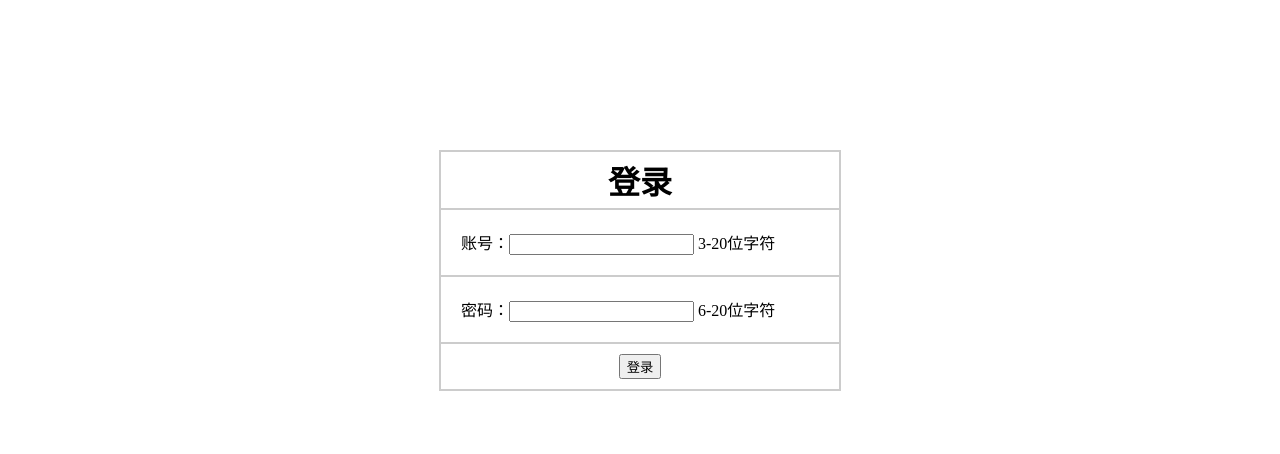
Repository: MasterKweng/workspace
Page: WebBasic/WebContent/day03 js/loginandout.html
These files come from the project's save history. The page is drawn as it stood at one moment and after the next save; the edit follows.
The browser window is 1280 px wide. The pictures show the whole page.

Above is the page before, as saved 2018-01-10 03:55:22.

### WebBasic/WebContent/day03 js/loginandout.html
<!doctype html>
<html>
	<head>
		<title>登录</title>
		<meta charset="utf-8"/>
		<style>
			form{
				width:400px;
				margin:150px auto;
				border:1px solid #ccc;
			}
			form h1 {
				text-align:center;
				margin:0;
				padding:5px;
				border:1px solid #ccc;
			}
			form p{
				margin:0;
				padding:20px;
				border:1px solid #ccc;
			}
			form div{
				text-align:center;
				margin:0;
				padding:10px;
				border:1px solid #ccc;
			}
			.error_msg{
				border:ipx solid red;
				color:red;
			}
		</style>
		<script type="text/javascript">
			function check_name(){

			}
		</script>
	</head>
	<body>
		<form action="http://www.baidu.com">
			<h1>登录</h1>
			<p>账号：<input type="text" id="name"onblur="check_name();"/>
			<span id="name_msg">3-20位字符</span>
			</p>
			<p>密码：<input type="password" id=""onblur="check_pwd();"/>
			<span>6-20位字符</span>
			</p>
			<div>
				<input type="submit" value="登录">
			</div>
		</form>
	</body>
</html>

After the next save:
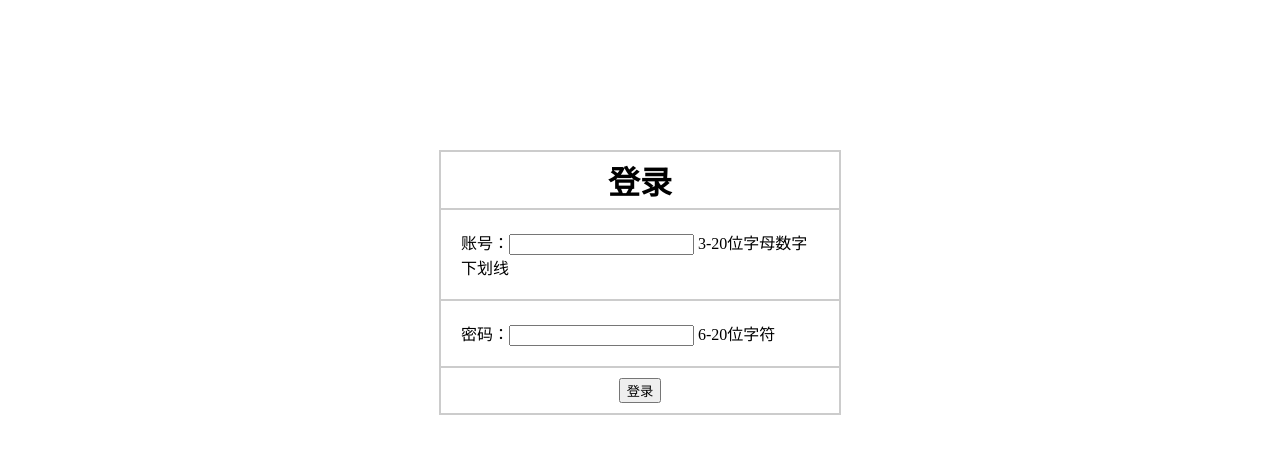
Saved 13 s later.
--- a/WebBasic/WebContent/day03 js/loginandout.html
+++ b/WebBasic/WebContent/day03 js/loginandout.html
@@ -41,7 +41,7 @@
 		<form action="http://www.baidu.com">
 			<h1>登录</h1>
 			<p>账号：<input type="text" id="name"onblur="check_name();"/>
-			<span id="name_msg">3-20位字符</span>
+			<span id="name_msg">3-20位字母数字下划线</span>
 			</p>
 			<p>密码：<input type="password" id=""onblur="check_pwd();"/>
 			<span>6-20位字符</span>
